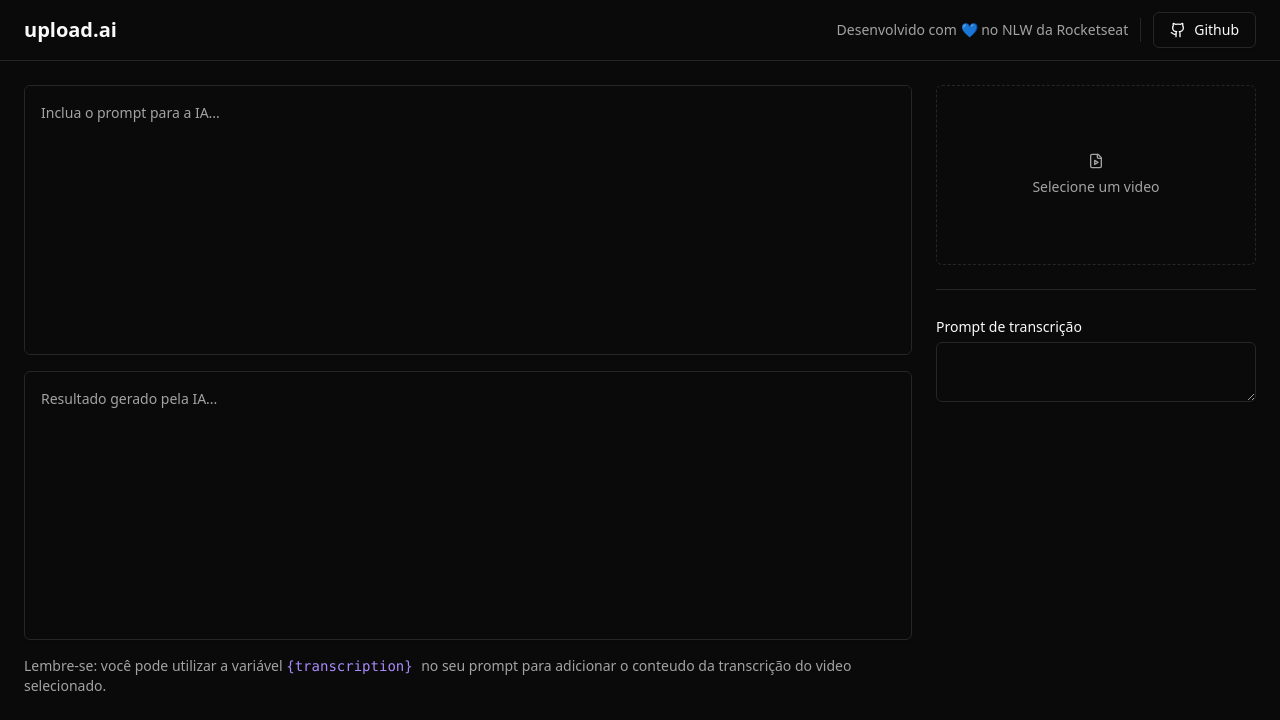
Repository: ricardolimati/upload-ai-web
Page: /
An editor plug-in stored every save of this project. The page is shown before and after the next save, followed by the edit.
The browser window is 1280 px wide. The pictures show the whole page.
The project was rebuilt for these pictures with package versions that can differ from the ones it lists, and the page was loaded fresh each time. Also part of the build but not shown: vite.config.ts.

Above is the page before, as saved 2023-09-11 23:54:06.

### src/App.tsx
import {Github, FileVideo} from 'lucide-react'
import { Button } from "./components/ui/button";
import { Separator } from './components/ui/separator';
import { Textarea } from './components/ui/textarea';
import { Label } from './components/ui/label';

export function App() {
  return(
   <div className="min-h-screen flex flex-col">
    <div className="px-6 py-3 flex items-center justify-between border-b">
      <h1 className="text-xl font-bold">upload.ai</h1>
      <div className="flex items-center gap-3">
        <span className="text-sm text-muted-foreground">
          Desenvolvido com 💙 no NLW da Rocketseat</span>
          <Separator orientation='vertical' className='h-6' />
        <Button variant="outline">
          <Github className="w-4 h-4 mr-2" />Github
        </Button>
      </div>
    </div>

    <main className="flex-1 p-6 flex gap-6">
      <div className="flex flex-col flex-1 gap-4">
        <div className="grid grid-rows-2 gap-4 flex-1">
          <Textarea
          className="resize-none p-4 leading-relaxed"
          placeholder="Inclua o prompt para a IA..."
          />
          <Textarea
          className="resize-none p-4 leading-relaxed"
          placeholder="Resultado gerado pela IA..."
          readOnly
           />
        </div>

        <p className="text-sm text-muted-foreground">
          Lembre-se: você pode utilizar a variável <code className="text-violet-400">{'{transcription}'} </code>
           no seu prompt para adicionar o conteudo da transcrição
          do video selecionado.</p>
      </div>
      <aside className="w-80 space-y-6">
        <form className="space-y-6" action="" method="post">
          <label
          htmlFor="video"
          className="border flex rounded-md aspect-video cursor-pointer border-dashed text-sm flex-col gap-2 items-center justify-center text-muted-foreground hover:bg-primary/5"
          >
            <FileVideo className="w-4 h-4" />
            Selecione um video
          </label>
          <input type="file" id="video" accept="video/mp4" className="sr-only"/>
          <Separator />
          <div className="space-y-1">
            <Label htmlFor="transcription_prompt">Prompt de transcrição</Label>
            <Textarea id="transcription_prompt" className="min-h" />
          </div>
        </form>
      </aside>
    </main>
   </div>
  )
}

### src/index.css
@tailwind base;
@tailwind components;
@tailwind utilities;

@layer base {
  :root {
    --background: 0 0% 3.9%;
    --foreground: 0 0% 98%;
    --card: 0 0% 3.9%;
    --card-foreground: 0 0% 98%;
    --popover: 0 0% 3.9%;
    --popover-foreground: 0 0% 98%;
    --primary: 0 72.2% 50.6%;
    --primary-foreground: 0 85.7% 97.3%;
    --secondary: 0 0% 14.9%;
    --secondary-foreground: 0 0% 98%;
    --muted: 0 0% 14.9%;
    --muted-foreground: 0 0% 63.9%;
    --accent: 0 0% 14.9%;
    --accent-foreground: 0 0% 98%;
    --destructive: 0 62.8% 30.6%;
    --destructive-foreground: 0 0% 98%;
    --border: 0 0% 14.9%;
    --input: 0 0% 14.9%;
    --ring: 0 72.2% 50.6%;

    --radius: 0.5rem;
  }
}

@layer base {
  * {
    @apply border-border;
  }
  body {
    @apply bg-background text-foreground;
  }
}

### src/components/ui/button.tsx
import * as React from "react"
import { Slot } from "@radix-ui/react-slot"
import { cva, type VariantProps } from "class-variance-authority"

import { cn } from "@/lib/utils"

const buttonVariants = cva(
  "inline-flex items-center justify-center rounded-md text-sm font-medium transition-colors focus-visible:outline-none focus-visible:ring-1 focus-visible:ring-ring disabled:pointer-events-none disabled:opacity-50",
  {
    variants: {
      variant: {
        default:
          "bg-primary text-primary-foreground shadow hover:bg-primary/90",
        destructive:
          "bg-destructive text-destructive-foreground shadow-sm hover:bg-destructive/90",
        outline:
          "border border-input bg-transparent shadow-sm hover:bg-accent hover:text-accent-foreground",
        secondary:
          "bg-secondary text-secondary-foreground shadow-sm hover:bg-secondary/80",
        ghost: "hover:bg-accent hover:text-accent-foreground",
        link: "text-primary underline-offset-4 hover:underline",
      },
      size: {
        default: "h-9 px-4 py-2",
        sm: "h-8 rounded-md px-3 text-xs",
        lg: "h-10 rounded-md px-8",
        icon: "h-9 w-9",
      },
    },
    defaultVariants: {
      variant: "default",
      size: "default",
    },
  }
)

export interface ButtonProps
  extends React.ButtonHTMLAttributes<HTMLButtonElement>,
    VariantProps<typeof buttonVariants> {
  asChild?: boolean
}

const Button = React.forwardRef<HTMLButtonElement, ButtonProps>(
  ({ className, variant, size, asChild = false, ...props }, ref) => {
    const Comp = asChild ? Slot : "button"
    return (
      <Comp
        className={cn(buttonVariants({ variant, size, className }))}
        ref={ref}
        {...props}
      />
    )
  }
)
Button.displayName = "Button"

export { Button, buttonVariants }

### src/components/ui/separator.tsx
import * as React from "react"
import * as SeparatorPrimitive from "@radix-ui/react-separator"

import { cn } from "@/lib/utils"

const Separator = React.forwardRef<
  React.ElementRef<typeof SeparatorPrimitive.Root>,
  React.ComponentPropsWithoutRef<typeof SeparatorPrimitive.Root>
>(
  (
    { className, orientation = "horizontal", decorative = true, ...props },
    ref
  ) => (
    <SeparatorPrimitive.Root
      ref={ref}
      decorative={decorative}
      orientation={orientation}
      className={cn(
        "shrink-0 bg-border",
        orientation === "horizontal" ? "h-[1px] w-full" : "h-full w-[1px]",
        className
      )}
      {...props}
    />
  )
)
Separator.displayName = SeparatorPrimitive.Root.displayName

export { Separator }

### src/components/ui/textarea.tsx
import * as React from "react"

import { cn } from "@/lib/utils"

export interface TextareaProps
  extends React.TextareaHTMLAttributes<HTMLTextAreaElement> {}

const Textarea = React.forwardRef<HTMLTextAreaElement, TextareaProps>(
  ({ className, ...props }, ref) => {
    return (
      <textarea
        className={cn(
          "flex min-h-[60px] w-full rounded-md border border-input bg-transparent px-3 py-2 text-sm shadow-sm placeholder:text-muted-foreground focus-visible:outline-none focus-visible:ring-1 focus-visible:ring-ring disabled:cursor-not-allowed disabled:opacity-50",
          className
        )}
        ref={ref}
        {...props}
      />
    )
  }
)
Textarea.displayName = "Textarea"

export { Textarea }

### src/components/ui/label.tsx
import * as React from "react"
import * as LabelPrimitive from "@radix-ui/react-label"
import { cva, type VariantProps } from "class-variance-authority"

import { cn } from "@/lib/utils"

const labelVariants = cva(
  "text-sm font-medium leading-none peer-disabled:cursor-not-allowed peer-disabled:opacity-70"
)

const Label = React.forwardRef<
  React.ElementRef<typeof LabelPrimitive.Root>,
  React.ComponentPropsWithoutRef<typeof LabelPrimitive.Root> &
    VariantProps<typeof labelVariants>
>(({ className, ...props }, ref) => (
  <LabelPrimitive.Root
    ref={ref}
    className={cn(labelVariants(), className)}
    {...props}
  />
))
Label.displayName = LabelPrimitive.Root.displayName

export { Label }

Loaded but not shown: index.html (common file); src/main.tsx (common file); src/lib/utils.ts (common file); tailwind.config.js (common file)

After the next save:
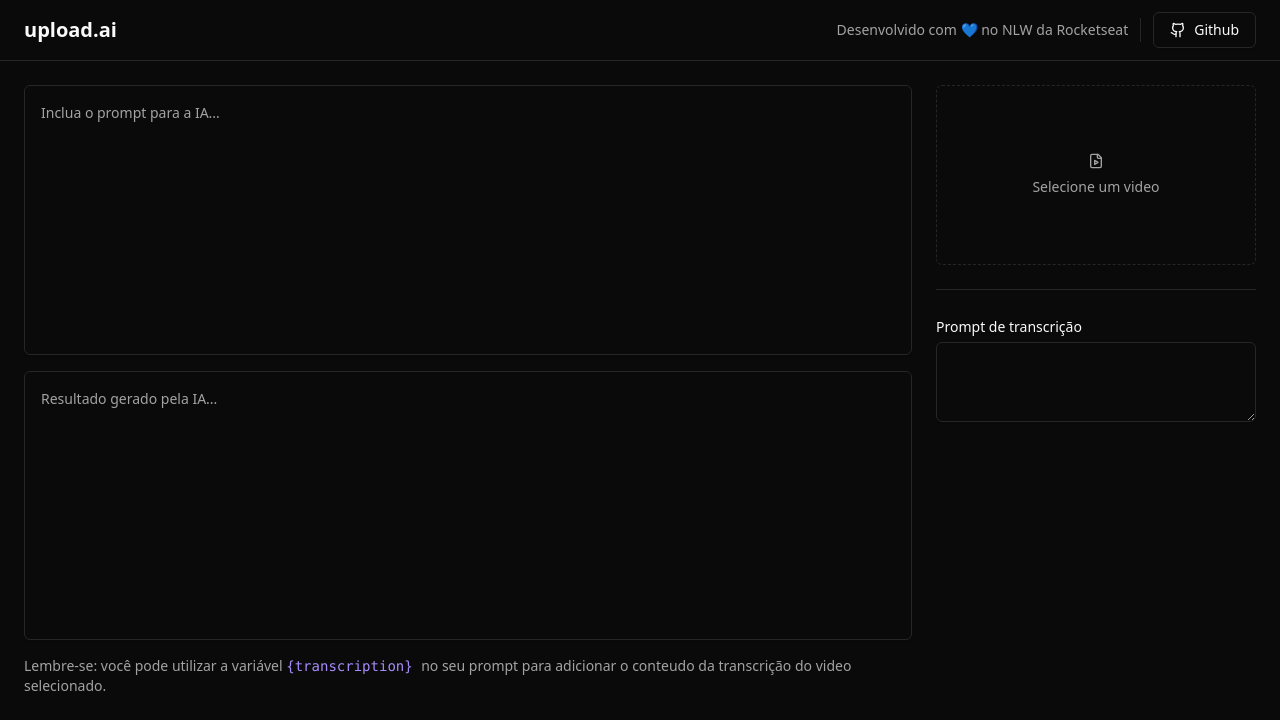
Saved 5 s later.
--- a/src/App.tsx
+++ b/src/App.tsx
@@ -51,7 +51,7 @@ export function App() {
           <Separator />
           <div className="space-y-1">
             <Label htmlFor="transcription_prompt">Prompt de transcrição</Label>
-            <Textarea id="transcription_prompt" className="min-h" />
+            <Textarea id="transcription_prompt" className="min-h-20" />
           </div>
         </form>
       </aside>
